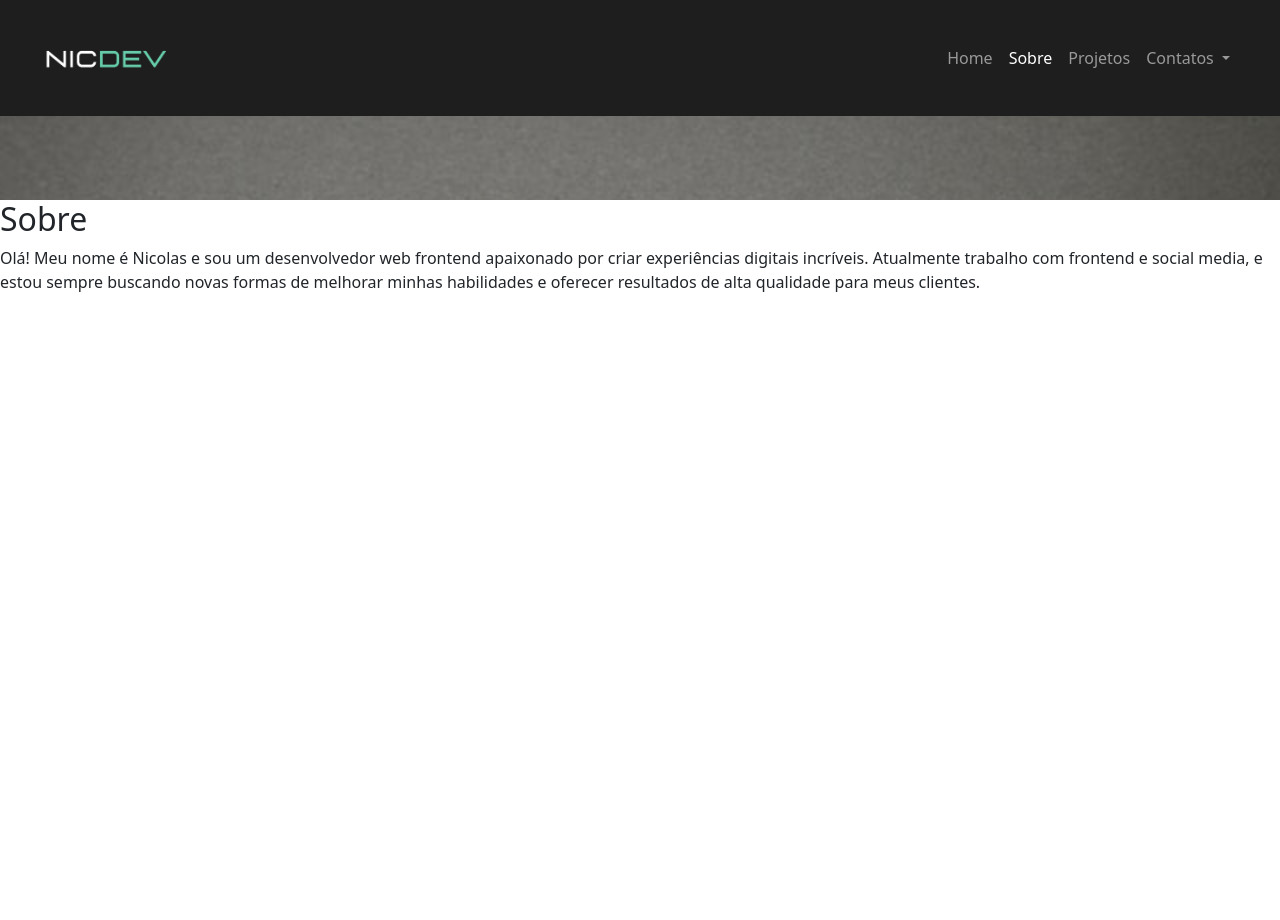
Repository: Leonngc/nicdev
Page: about.html
These files come from the project's save history. The page is drawn as it stood at one moment and after the next save; the edit follows.
The browser window is 1280 px wide. The pictures show the whole page.
Backgrounds fixed to the window are drawn as part of the page.

Above is the page before, as saved 2023-04-15 13:51:26.

After the next save:
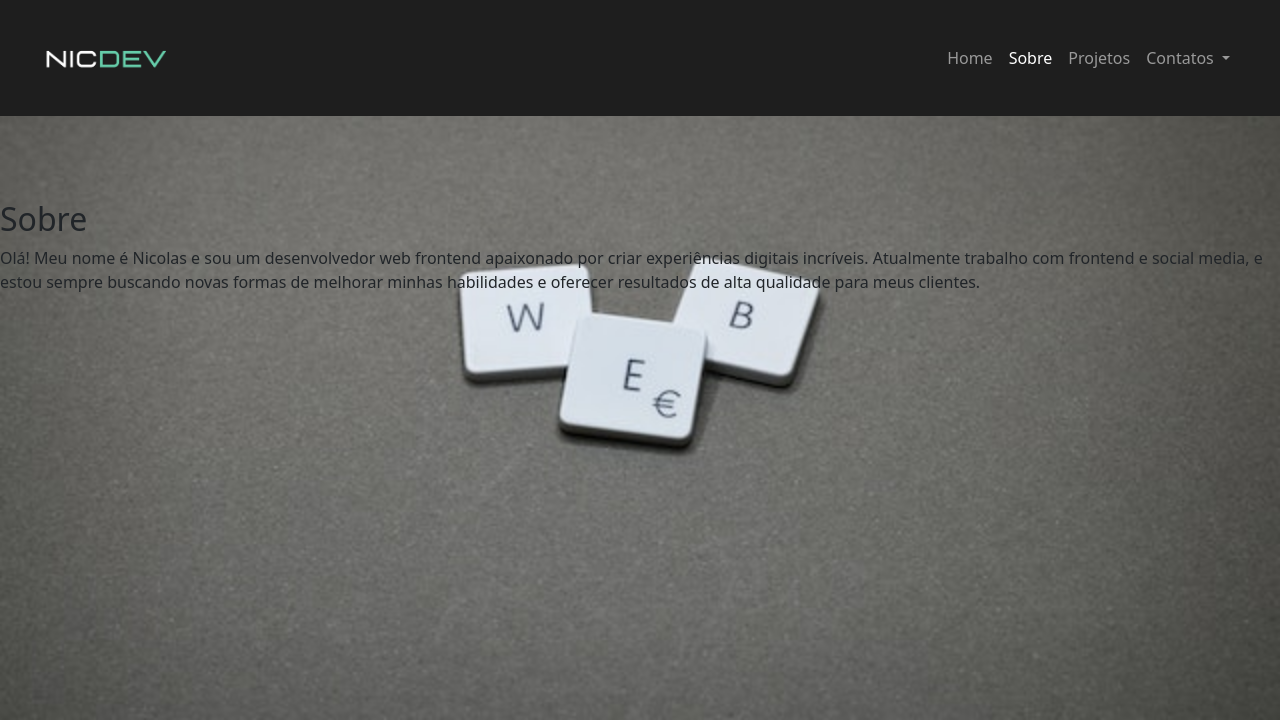
Saved 19 s later.
--- a/styles/about.css
+++ b/styles/about.css
@@ -15,8 +15,6 @@
 
 main{
     margin-top: 200px;
-    background-color: white;
-    height: 100vh;
 }
 
 body{
